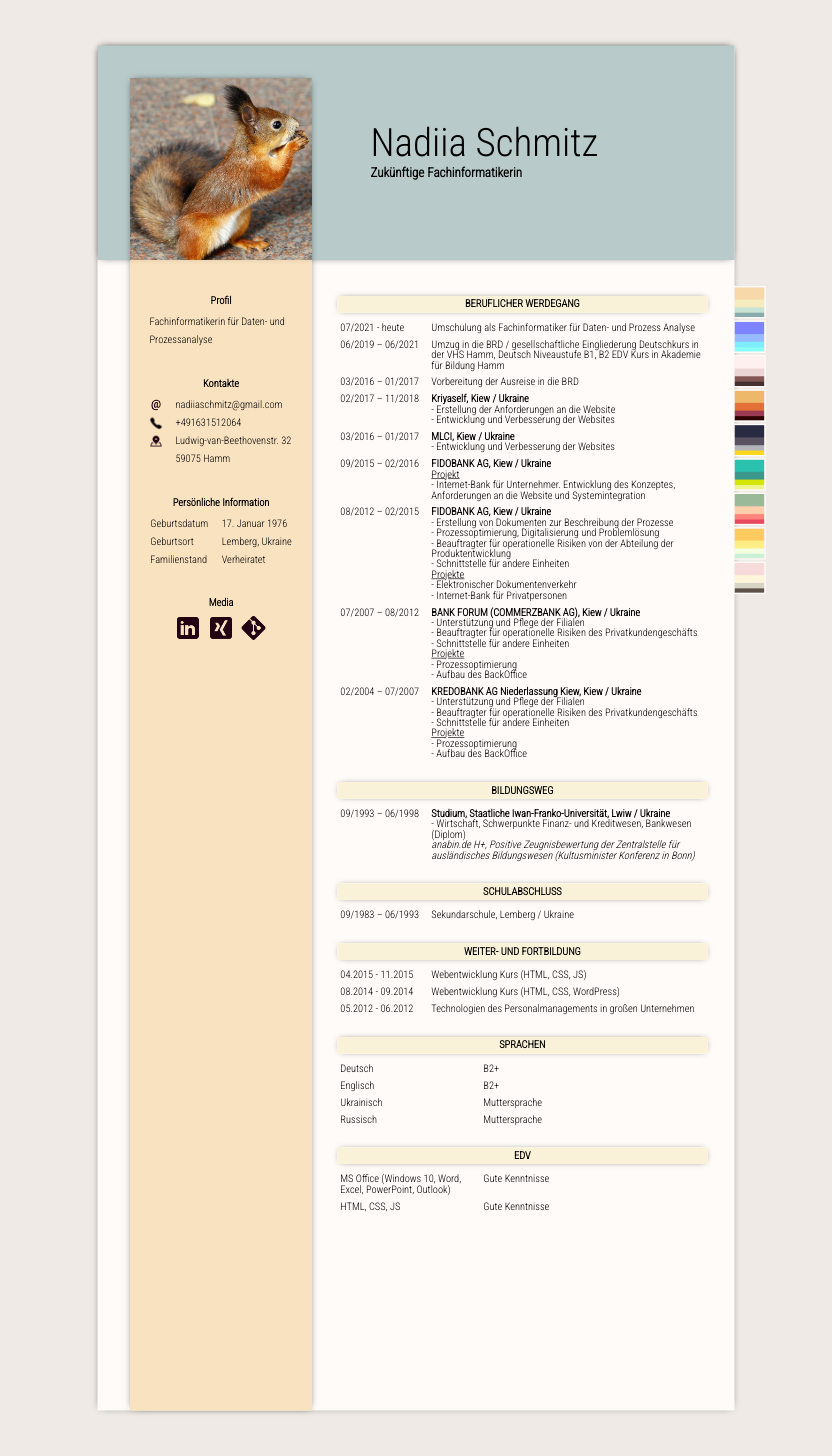
Repository: NadiaSchmitz/lebenslauf.nschmitz.githab.io
Page: index.html
The author's editor kept a record of every edit. The page is drawn from the files as they stood at one moment, then again after the next edit.
The browser window is 1280 px wide. The pictures show the whole page, at 65% of full size.

Above is the page before.

### index.html
<!DOCTYPE html>
<html>

<head>
  <meta charset="utf-8" />
  <title>Lebenslauf Nadiia Schmitz</title>
  <link rel="stylesheet" href="./styles/reset.css" type="text/css" />
  <link rel="stylesheet" href="./styles/style.css" type="text/css" />
  <link rel="stylesheet" href="./styles/icons.css" type="text/css" />
  <meta name="viewport" content="width=device-width, initial-scale=1.0">
  <link rel="preconnect" href="https://fonts.googleapis.com">
  <link rel="preconnect" href="https://fonts.gstatic.com" crossorigin>
  <link href="https://fonts.googleapis.com/css2?family=Roboto+Condensed:wght@300&display=swap" rel="stylesheet">
  <link rel="shortcut icon" href="images/favicon.png" type="image/x-icon">
  <script src="https://ajax.googleapis.com/ajax/libs/jquery/2.2.0/jquery.min.js"></script>
  <script type="text/javascript" src="./js/colors.js"></script>
</head>

<body>
  <section class="wrapper">
    <section class="inner_wrapper">
      <div class="content_wrapper">
        <header class="header">
          <div class="header_text">
            <h1>Nadiia Schmitz</h1>
            <h2>Zukünftige Fachinformatikerin</h2>
          </div>
        </header>
        <div class="color_schema_buttons_wrapper">
          <div id="pistachios" class="color_schema_button pistachios" title="pistachios"></div>
          <div id="sea" class="color_schema_button sea" title="sea"></div>
          <div id="cappuchino" class="color_schema_button cappuchino" title="cappuchino"></div>
          <div id="autumn" class="color_schema_button autumn" title="autumn"></div>
          <div id="bvb" class="color_schema_button bvb" title="bvb"></div>
          <div id="lime" class="color_schema_button lime" title="lime"></div>
          <div id="summer" class="color_schema_button summer" title="summer"></div>
          <div id="sun" class="color_schema_button sun" title="sun"></div>
          <div id="pastel" class="color_schema_button pastel" title="pastel"></div>
        </div>
        <div class="lebenslauf_wrapper">
          <div class="sidebar sidebar_left">
            <div class="sidebar_foto"></div>
            <div class="sidebar_content">
              <div class="sidebar_content_item profile">
                <h3>Profil</h3>
                <table>
                  <tr>
                    <td col="2">Fachinformatikerin für Daten- und Prozessanalyse</td>
                  </tr>
                </table>
              </div>
              <div class="sidebar_content_item contacts">
                <h3>Kontakte</h3>
                <table>
                  <tr>
                    <td>
                      <span class="sidebar_content_item_icon contacts_email"></span>
                    </td>
                    <td>nadiiaschmitz@gmail.com</td>
                  </tr>
                  <tr>
                    <td>
                      <span class="sidebar_content_item_icon contacts_phone"></span>
                    </td>
                    <td>+491631512064</td>
                  </tr>
                  <tr>
                    <td>
                      <span class="sidebar_content_item_icon contacts_adress"></span>
                    </td>
                    <td>Ludwig-van-Beethovenstr. 32 59075 Hamm</td>
                  </tr>
                </table>
              </div>
              <div class="sidebar_content_item personal">
                <h3>Persönliche Information</h3>
                <table>
                  <tr>
                    <td>Geburtsdatum</td>
                    <td>17. Januar 1976</td>
                  </tr>
                  <tr>
                    <td>Geburtsort</td>
                    <td>Lemberg, Ukraine</td>
                  </tr>
                  <tr>
                    <td>Familienstand</td>
                    <td>Verheiratet</td>
                  </tr>
                </table>
              </div>
              <div class="sidebar_content_item social">
                <h3>Media</h3>
                <table>
                  <tr>
                    <td><a href="https://www.linkedin.com/in/nadiia-schmitz-93491722" class="linkedin" target="_blank"></a></td>
                    <td><a href="https://www.xing.com/profile/Nadiia_Schmitz3" class="xing" target="_blank"></a></td>
                    <td><a href="https://github.com/NadiaSchmitz" class="git" target="_blank"></a></td>
                  </tr>
                </table>
              </div>
            </div>
          </div>
          <div class="sidebar sidebar_right">
            <div class="sidebar_right_content">
              <div class="sidebar_right_content_item">
                <h4>BERUFLICHER WERDEGANG</h4>
                <table>
                  <tr>
                    <td>07/2021 - heute</td>
                    <td>Umschulung als Fachinformatiker für Daten- und Prozess Analyse</td>
                  </tr>
                  <tr>
                    <td>06/2019 – 06/2021</td>
                    <td>Umzug in die BRD / gesellschaftliche Eingliederung Deutschkurs in der VHS Hamm, Deutsch Niveaustufe B1, B2 EDV Kurs in Akademie für Bildung Hamm
                    </td>
                  </tr>
                  <tr>
                    <td>03/2016 – 01/2017</td>
                    <td>Vorbereitung der Ausreise in die BRD</td>
                  </tr>
                  <tr>
                    <td>02/2017 – 11/2018</td>
                    <td>
                      <span class="employer">Kriyaself, Kiew / Ukraine</span>
                      <ul>
                        <li>- Erstellung der Anforderungen an die Website</li>
                        <li>- Entwicklung und Verbesserung der Websites</li>
                      </ul>
                    </td>
                  </tr>
                  <tr>
                    <td>03/2016 – 01/2017</td>
                    <td>
                      <span class="employer">MLCI, Kiew / Ukraine</span>
                      <ul>
                        <li>- Entwicklung und Verbesserung der Websites</li>
                      </ul>
                    </td>
                  </tr>
                  <tr>
                    <td>09/2015 – 02/2016</td>
                    <td>
                      <span class="employer">FIDOBANK AG, Kiew / Ukraine</span>
                      <ul>
                        <span class="project">Projekt</span>
                        <li>- Internet-Bank für Unternehmer. Entwicklung des Konzeptes, Anforderungen an die Website und Systemintegration</li>
                      </ul>
                    </td>
                  </tr>
                  <tr>
                    <td>08/2012 – 02/2015</td>
                    <td>
                      <span class="employer">FIDOBANK AG, Kiew / Ukraine</span>
                      <ul>
                        <li>-	Erstellung von Dokumenten zur Beschreibung der Prozesse</li>
                        <li>-	Prozessoptimierung, Digitalisierung und Problemlösung</li>
                        <li>-	Beauftragter für operationelle Risiken von der Abteilung der Produktentwicklung </li>
                        <li>-	Schnittstelle für andere Einheiten</li>
                        <span class="project">Projekte</span>
                        <li>-	Elektronischer Dokumentenverkehr</li>
                        <li>-	Internet-Bank für Privatpersonen</li>
                      </ul>
                    </td>
                  </tr>
                  <tr>
                    <td>07/2007 – 08/2012</td>
                    <td>
                      <span class="employer">BANK FORUM (COMMERZBANK AG), Kiew / Ukraine</span>
                      <ul>
                        <li>-	Unterstützung und Pflege der Filialen</li>
                        <li>-	Beauftragter für operationelle Risiken des Privatkundengeschäfts</li>
                        <li>-	Schnittstelle für andere Einheiten  </li>
                        <span class="project">Projekte</span>
                        <li>-	Prozessoptimierung</li>
                        <li>-	Aufbau des BackOffice</li>
                      </ul>
                    </td>
                  </tr>
                  <tr>
                    <td>02/2004 – 07/2007</td>
                    <td>
                      <span class="employer">KREDOBANK AG Niederlassung Kiew, Kiew / Ukraine</span>
                      <ul>
                        <li>-	Unterstützung und Pflege der Filialen</li>
                        <li>-	Beauftragter für operationelle Risiken des Privatkundengeschäfts</li>
                        <li>-	Schnittstelle für andere Einheiten  </li>
                        <span class="project">Projekte</span>
                        <li>-	Prozessoptimierung</li>
                        <li>-	Aufbau des BackOffice</li>
                      </ul>
                    </td>
                  </tr>
                </table>
              </div>
              <div class="sidebar_right_content_item">
                <h4>BILDUNGSWEG</h4>
                <table>
                  <tr>
                    <td>09/1993 – 06/1998</td>
                    <td>
                      <span class="employer">Studium, Staatliche Iwan-Franko-Universität, Lwiw / Ukraine</span>
                      <ul>
                        <li>- Wirtschaft, Schwerpunkte Finanz- und Kreditwesen, Bankwesen (Diplom)</li>
                        <li class="addition">anabin.de H+, Positive Zeugnisbewertung der Zentralstelle für ausländisches Bildungswesen (Kultusminister Konferenz in Bonn)</li>
                      </ul>
                    </td>
                  </tr>
                </table>
              </div>
              <div class="sidebar_right_content_item">
                <h4>SCHULABSCHLUSS</h4>
                <table>
                  <tr>
                    <td>09/1983 – 06/1993</td>
                    <td>Sekundarschule, Lemberg / Ukraine</td>
                  </tr>
                </table>
              </div>
              <div class="sidebar_right_content_item">
                <h4>WEITER- UND FORTBILDUNG</h4>
                <table>
                  <tr>
                    <td>04.2015 - 11.2015</td>
                    <td>Webentwicklung Kurs (HTML, CSS, JS)</td>
                  </tr>
                  <tr>
                    <td>08.2014 - 09.2014</td>
                    <td>Webentwicklung Kurs (HTML, CSS, WordPress)</td>
                  </tr>
                  <tr>
                    <td>05.2012 - 06.2012</td>
                    <td>Technologien des Personalmanagements in großen Unternehmen</td>
                  </tr>
                </table>
              </div>
              <div class="sidebar_right_content_item lang">
                <h4>SPRACHEN</h4>
                <table>
                  <tr>
                    <td>Deutsch</td>
                    <td>B2+</td>
                  </tr>
                  <tr>
                    <td>Englisch</td>
                    <td>B2+</td>
                  </tr>
                  <tr>
                    <td>Ukrainisch</td>
                    <td>Muttersprache</td>
                  </tr>
                  <tr>
                    <td>Russisch</td>
                    <td>Muttersprache</td>
                  </tr>
                </table>
              </div>
              <div class="sidebar_right_content_item edv">
                <h4>EDV</h4>
                <table>
                  <tr>
                    <td>MS Office (Windows 10, Word, Excel, PowerPoint, Outlook)</td>
                    <td>Gute Kenntnisse</td>
                  </tr>
                  <tr>
                    <td>HTML, CSS, JS</td>
                    <td>Gute Kenntnisse</td>
                  </tr>
                </table>
              </div>
            </div>
          </div>
        </div>
      </div>
    </section>
  </section>
</body>

</html>

### styles/reset.css
html, body, div, span, applet, object, iframe,
h1, h2, h3, h4, h5, h6, p, blockquote, pre,
a, abbr, acronym, address, big, cite, code,
del, dfn, em, img, ins, kbd, q, s, samp,
small, strike, strong, sub, sup, tt, var,
b, u, i, center,
dl, dt, dd, ol, ul, li,
fieldset, form, label, legend,
table, caption, tbody, tfoot, thead, tr, th, td,
article, aside, canvas, details, embed,
figure, figcaption, footer, header, hgroup,
menu, nav, output, ruby, section, summary,
time, mark, audio, video {
	margin: 0;
	padding: 0;
	box-sizing: border-box;
	border: 0;
	font-size: 100%;
	font: inherit;
	vertical-align: baseline;
}
/* HTML5 display-role reset for older browsers */
article, aside, details, figcaption, figure,
footer, header, hgroup, menu, nav, section {
	display: block;
}
body {
	line-height: 1;
}
ol, ul {
	list-style: none;
}
blockquote, q {
	quotes: none;
}
blockquote:before, blockquote:after,
q:before, q:after {
	content: '';
	content: none;
}
table {
	border-collapse: collapse;
	border-spacing: 0;
}

### styles/style.css
html {
  font-family: 'Roboto Condensed', sans-serif;
  background-color: #efeae5;
}

.wrapper {}

.inner_wrapper {
  width: 980px;
  margin: 70px auto;
}

@media only screen and (max-width: 1080px) {
  .inner_wrapper {
    width: 900px;
    margin: 30px auto;
  }
}

@media only screen and (max-width: 900px) {
  .inner_wrapper {
    width: 100%;
    margin: 0;
  }
}

.content_wrapper {
  position: relative;
  background-color: #fffbf8;
  -webkit-box-shadow: 0px 0px 12px -5px rgba(0, 0, 0, 0.75);
  -moz-box-shadow: 0px 0px 12px -5px rgba(0, 0, 0, 0.75);
  box-shadow: 0px 0px 12px -5px rgba(0, 0, 0, 0.75);
}

.header {
  height: 330px;
  background-color: rgb(135 170 170 / 59%);
  -webkit-box-shadow: 0px 0px 12px -5px rgba(0, 0, 0, 0.75);
  -moz-box-shadow: 0px 0px 12px -5px rgba(0, 0, 0, 0.75);
  box-shadow: 0px 0px 12px -5px rgba(0, 0, 0, 0.75);
}

@media only screen and (max-width: 1080px) {
  .header {
    height: 280px;
  }
}

@media only screen and (max-width: 900px) {
  .header {
    height: 580px;
    padding: 60px 0 0 0;
  }
}

@media only screen and (max-width: 480px) {
  .header {
    padding: 70px 0 0 0;
  }
}

.header_text {
  margin: 0 0 0 420px;
  padding: 120px 0 0 0;
}

@media only screen and (max-width: 1080px) {
  .header_text {
    margin: 0 0 0 380px;
    padding: 100px 0 0 0;
  }
}

@media only screen and (max-width: 900px) {
  .header_text {
    text-align: center;
    margin: 0;
    padding: 0;
  }
}

h1 {
  color: #000000;
  font-size: 60px;
  margin: 0 0 5px 0;
}

@media only screen and (max-width: 900px) {
  h1 {
    font-size: 50px;
  }
}

@media only screen and (max-width: 480px) {
  h1 {
    font-size: 36px;
    font-weight: 700;
  }
}

h2 {
  color: #000000;
  font-size: 20px;
  font-weight: 600;
}

@media only screen and (max-width: 480px) {
  h2 {
    font-size: 16px;
  }
}

.sidebar {
  display: inline-block;
  vertical-align: top;
}

@media only screen and (max-width: 900px) {
  .lebenslauf_wrapper {
    padding: 0 30px 30px 30px;
  }
}

@media only screen and (max-width: 480px) {
  .lebenslauf_wrapper {
    padding: 0 15px 15px 15px;
  }
}

@media only screen and (max-width: 360px) {
  .lebenslauf_wrapper {
    padding: 0 10px 10px 10px;
  }
}

.sidebar_left {
  width: 280px;
  height: 2050px;
  background-color: rgb(246 215 167 / 68%);
  -webkit-box-shadow: 0px 0px 12px -5px rgba(0, 0, 0, 0.75);
  -moz-box-shadow: 0px 0px 12px -5px rgba(0, 0, 0, 0.75);
  box-shadow: 0px 0px 12px -5px rgba(0, 0, 0, 0.75);
  margin: -280px 0 0 50px;
}

@media only screen and (max-width: 1080px) {
  .sidebar_left {
    width: 250px;
    margin: -250px 0 0 30px;
  }
}

@media only screen and (max-width: 900px) {
  .sidebar_left {
    width: 100%;
    height: auto;
    margin: -380px 0 0 0;
  }
}

.sidebar_foto {
  width: 280px;
  height: 280px;
  background-image: url(../images/foto.jpg);
  background-position: 50%;
  background-size: cover;
}

@media only screen and (max-width: 1080px) {
  .sidebar_foto {
    width: 250px;
    height: 250px;
  }
}

@media only screen and (max-width: 900px) {
  .sidebar_foto {
    width: 350px;
    height: 350px;
    margin: 30px auto 0;
  }
}

@media only screen and (max-width: 480px) {
  .sidebar_foto {
    width: 320px;
    height: 320px;
  }
}

@media only screen and (max-width: 360px) {
  .sidebar_foto {
    width: 100%;
  }
}

.sidebar_content {
  padding: 55px 30px 30px 30px;
}

@media only screen and (max-width: 1080px) {
  .sidebar_content {
    padding: 45px 20px 20px 20px;
  }
}

@media only screen and (max-width: 900px) {
  .sidebar_content {
    padding: 50px 20px 20px 20px;
  }
}

@media only screen and (max-width: 480px) {
  .sidebar_content {
    padding: 80px 20px 20px 20px;
  }
}

.sidebar_content_item {
  margin: 0 0 30px 0;
  padding: 0 0 15px 0;
}

.sidebar_content_item:last-of-type {
  border-bottom: 1px solid transparent;
  margin: 0;
}

h3 {
  color: #000000;
  font-size: 16px;
  font-weight: 600;
  text-align: center;
  margin: 0 0 10px 0;
}

.sidebar_content_item table {
  margin: 0 auto;
}

.sidebar_content_item table td {
  height: 28px;
  font-size: 16px;
  line-height: 28px;
}

@media only screen and (max-width: 360px) {
  .sidebar_content_item table td {
    font-size: 14px;
  }
}

.profile table td {
  width: 100%;
}

.contacts table td:nth-of-type(1) {
  width: 40px;
}

.personal table td:nth-of-type(1) {
  width: 110px;
}

.social table {
  margin: 0 auto;
}

.social table td {
  width: 33%;
  padding: 0 5px 0 5px;
}

.social table td a {
  display: inline-block;
  width: 40px;
  height: 40px;
  background-size: contain;
  background-position: 50%;
  cursor: pointer;
}

.sidebar_content_item_icon {
  display: inline-block;
  vertical-align: middle;
  width: 20px;
  height: 20px;
  background-size: contain;
  background-position: 50%;
}

.sidebar_right {
  width: calc(100% - 280px - 60px);
  padding: 55px 35px 35px 35px;
}

@media only screen and (max-width: 1080px) {
  .sidebar_right {
    width: calc(100% - 250px - 35px);
    padding: 40px 75px 20px 20px;
  }
}

@media only screen and (max-width: 900px) {
  .sidebar_right {
    width: 100%;
    padding: 40px 20px 50px 20px;
  }
}

@media only screen and (max-width: 480px) {
  .sidebar_right {
    width: 100%;
    padding: 60px 0 50px 0;
  }
}

.sidebar_right_content_item {
  margin: 0 0 30px 0;
}

.sidebar_right_content_item h4 {
  color: #000000;
  font-size: 16px;
  font-weight: 600;
  text-align: center;
  background-color: rgb(246 234 190 / 54%);
  -webkit-box-shadow: 0px 0px 12px -5px rgba(0, 0, 0, 0.75);
  -moz-box-shadow: 0px 0px 12px -5px rgba(0, 0, 0, 0.75);
  box-shadow: 0px 0px 12px -5px rgba(0, 0, 0, 0.75);
  margin: 0 0 10px 0;
  padding: 5px;
}

.sidebar_right_content_item table tr td {
  font-size: 16px;
  padding: 5px;
}

.sidebar_right_content_item .employer {
  font-weight: 700;
}

.sidebar_right_content_item .project {
  text-decoration: underline;
}

.sidebar_right_content_item .addition {
  font-style: italic;
}

@media only screen and (max-width: 360px) {
  .sidebar_right_content_item table tr td {
    font-size: 14px;
  }
}

.sidebar_right_content_item table tr td:nth-of-type(1) {
  width: 140px;
}

@media only screen and (max-width: 360px) {
  .sidebar_right_content_item table tr td:nth-of-type(1) {
    width: 120px;
  }
}

.edv {
  width: 100%;
}

.lang table tr td:nth-of-type(1),
.edv table tr td:nth-of-type(1) {
  width: 220px;
}

@media only screen and (max-width: 360px) {
  .lang table tr td:nth-of-type(1),
  .edv table tr td:nth-of-type(1) {
    width: 170px;
  }
}

.color_schema_buttons_wrapper {
  position: absolute;
  right: -48px;
  top: 370px;
}

@media only screen and (max-width: 1080px) {
  .color_schema_buttons_wrapper {
    right: 0;
    top: 282px;
  }
}

@media only screen and (max-width: 900px) {
  .color_schema_buttons_wrapper {
    right: 0;
    top: 600px;
  }
}

@media only screen and (max-width: 360px) {
  .color_schema_buttons_wrapper {
    display: none;
  }
}

.color_schema_button {
  width: 50px;
  height: 50px;
  background-position: 50%;
  background-size: contain;
  border: 2px solid #fffbf8;
  margin: 0 0 3px 0;
}

@media only screen and (max-width: 1080px) {
  .color_schema_button {
    width: 40px;
    height: 40px;
  }
}

.pistachios {
  background-image: url(../images/pistachios.png);
}

.sea {
  background-image: url(../images/sea.png);
}

.cappuchino {
  background-image: url(../images/cappuchino.png);
}

.autumn {
  background-image: url(../images/autumn.png);
}

.bvb {
  background-image: url(../images/bvb.png);
}

.lime {
  background-image: url(../images/lime.png);
}

.summer {
  background-image: url(../images/summer.png);
}

.sun {
  background-image: url(../images/sun.png);
}

.pastel {
  background-image: url(../images/pastel.png);
}

### js/colors.js
var colorSchemeArray = [];
colorSchemeArray = [{
    schemeName: "standart",
    colorHeader: "rgb(135 170 170 / 59%)",
    colorSidebarLeft: "rgb(246 215 167 / 68%)",
    colorTopic: "rgb(246 234 190 / 54%)"
  },

  {
    schemeName: "sea",
    colorHeader: "rgb(124 131 253 / 58%)",
    colorSidebarLeft: "rgba(125, 237, 255, 0.53)",
    colorTopic: "rgb(150 186 255 / 52%)"
  },

  {
    schemeName: "cappuchino",
    colorHeader: "rgba(131, 88, 88, 0.7)",
    colorSidebarLeft: "#EBD4D4",
    colorTopic: "#FFF0F0"
  },

  {
    schemeName: "autumn",
    colorHeader: "rgb(156 61 84 / 76%)",
    colorSidebarLeft: "rgb(226 112 58 / 62%)",
    colorTopic: "rgb(238 183 107 / 75%)"
  },

  {
    schemeName: "bvb",
    colorHeader: "#595260",
    colorSidebarLeft: "#FFD523",
    colorTopic: "#B2B1B9",
  },

  {
    schemeName: "lime",
    colorHeader: "rgb(46 193 172 / 51%)",
    colorSidebarLeft: "rgb(210 230 3 / 49%)",
    colorTopic: "rgb(239 244 142 / 53%)",
  },

  {
    schemeName: "summer",
    colorHeader: "rgb(255 132 124 / 85%)",
    colorSidebarLeft: "rgb(153 184 152 / 65%)",
    colorTopic: "#FECEAB",
  },

  {
    schemeName: "sun",
    colorHeader: "#FFEC85",
    colorSidebarLeft: "#C9F0D6",
    colorTopic: "#F2FFDF",
  },

  {
    schemeName: "pastel",
    colorHeader: "#F7DAD9",
    colorSidebarLeft: "#FFF5DA",
    colorTopic: "#D6D2C4",
  }
]

// console.log(colorSchemeArray.length)

$(document).ready(function() {
  $(".color_schema_button").click(function() {
    var buttonId = $(this).attr('id');
    console.log(buttonId);
    for (var i = 0; i < colorSchemeArray.length; i++) {
      console.log(colorSchemeArray[i].schemeName)
      if (buttonId == colorSchemeArray[i].schemeName) {
        var styleId = i;
        $('.header').css('backgroundColor', colorSchemeArray[styleId].colorHeader);
        $('.sidebar_left').css('backgroundColor', colorSchemeArray[styleId].colorSidebarLeft);
        $('h4').css('backgroundColor', colorSchemeArray[styleId].colorTopic);
      }
    }
  });
})

Loaded but not shown: styles/icons.css (library)

After the next edit:
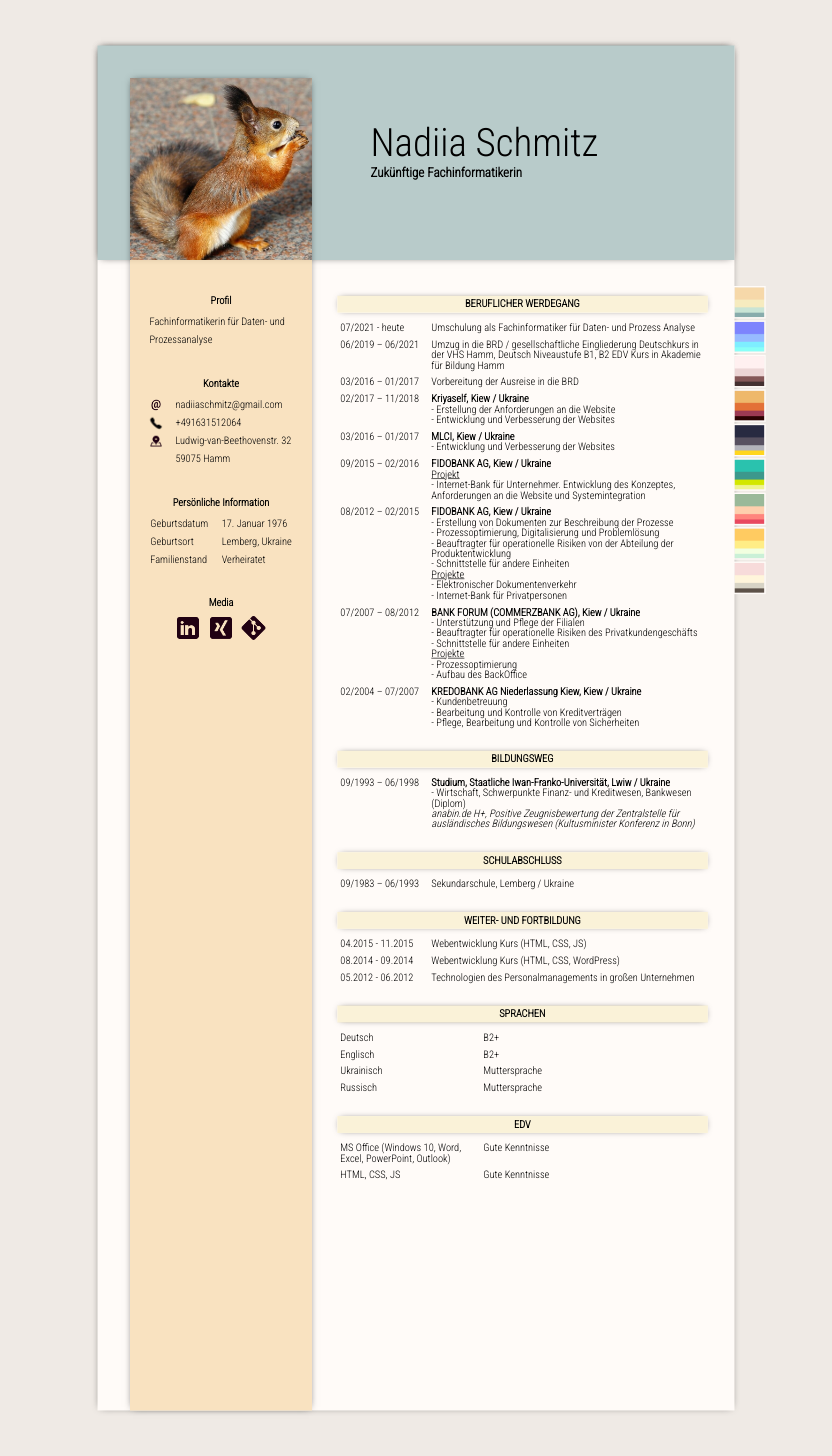
The edit:
--- a/index.html
+++ b/index.html
@@ -182,12 +182,9 @@
                     <td>
                       <span class="employer">KREDOBANK AG Niederlassung Kiew, Kiew / Ukraine</span>
                       <ul>
-                        <li>-	Unterstützung und Pflege der Filialen</li>
-                        <li>-	Beauftragter für operationelle Risiken des Privatkundengeschäfts</li>
-                        <li>-	Schnittstelle für andere Einheiten  </li>
-                        <span class="project">Projekte</span>
-                        <li>-	Prozessoptimierung</li>
-                        <li>-	Aufbau des BackOffice</li>
+                        <li>-	Kundenbetreuung</li>
+                        <li>-	Bearbeitung und Kontrolle von Kreditverträgen</li>
+                        <li>-	Pflege, Bearbeitung und Kontrolle von Sicherheiten</li>
                       </ul>
                     </td>
                   </tr>
